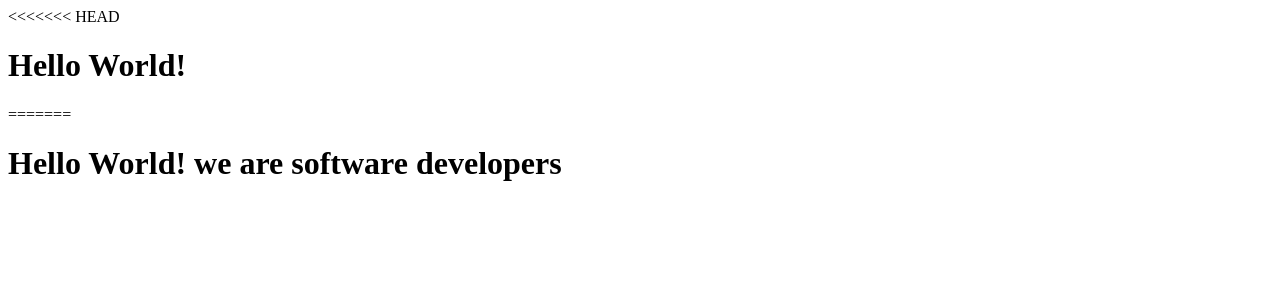
Repository: Achilles-Dev/Personal-Portfolio-Webpage
Page: index.html
These files come from the project's save history. The page is drawn as it stood at one moment and after the next save; the edit follows.
The browser window is 1280 px wide. The pictures show the whole page.

Above is the page before, as saved 2021-12-28 13:10:33.

### index.html
<!DOCTYPE html>
<html lang="en">
  <head>
    <meta charset="UTF-8">
    <title>Fork Me! FCC: Test Suite Template</title>
    <link rel="stylesheet" href="css/style.css">
  </head>
  <body>
<<<<<<< HEAD
<h1>Hello World!</h1>
=======

    <h1> Hello World! we are software developers</h1>
    <script src="https://cdn.freecodecamp.org/testable-projects-fcc/v1/bundle.js"></script>

    <!--
>>>>>>> 0a0397a1ff1ad4a06fcd174c9c7f1a553c2afdc8

    <script src="https://cdn.freecodecamp.org/testable-projects-fcc/v1/bundle.js"></script>

    <script  src="js/index.js"></script>
  </body>
</html>

### js/index.js
// !! IMPORTANT README:

// You may add additional external JS and CSS as needed to complete the project, however the current external resource MUST remain in place for the tests to work. BABEL must also be left in place.

/***********
INSTRUCTIONS:
  - Select the project you would
    like to complete from the dropdown
    menu.
  - Click the "RUN TESTS" button to
    run the tests against the blank
    pen.
  - Click the "TESTS" button to see
    the individual test cases.
    (should all be failing at first)
  - Start coding! As you fulfill each
    test case, you will see them go
    from red to green.
  - As you start to build out your
    project, when tests are failing,
    you should get helpful errors
    along the way!
    ************/

// PLEASE NOTE: Adding global style rules using the * selector, or by adding rules to body {..} or html {..}, or to all elements within body or html, i.e. h1 {..}, has the potential to pollute the test suite's CSS. Try adding: * { color: red }, for a quick example!

// Once you have read the above messages, you can delete all comments.
"use strict";

Loaded but not shown: css/style.css (no stored copy; drawn as an empty file)

After the next save:
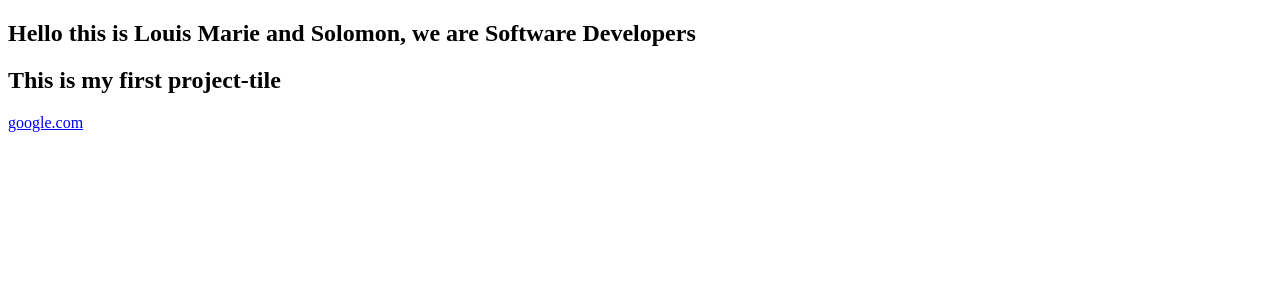
Saved 32 min 24 s later.
--- a/index.html
+++ b/index.html
@@ -6,15 +6,14 @@
     <link rel="stylesheet" href="css/style.css">
   </head>
   <body>
-<<<<<<< HEAD
-<h1>Hello World!</h1>
-=======
+    <section id="welcome-section">
+      <h1>Hello this is Louis Marie and Solomon, we are Software Developers</h1>
+    </section>
+    <section id="projects">
+      <h2 class="project-tile"> This is my first project-tile</h2>
+      <a href="https://www.google.com/">google.com</a>
+    </section>
 
-    <h1> Hello World! we are software developers</h1>
-    <script src="https://cdn.freecodecamp.org/testable-projects-fcc/v1/bundle.js"></script>
-
-    <!--
->>>>>>> 0a0397a1ff1ad4a06fcd174c9c7f1a553c2afdc8
 
     <script src="https://cdn.freecodecamp.org/testable-projects-fcc/v1/bundle.js"></script>
 
